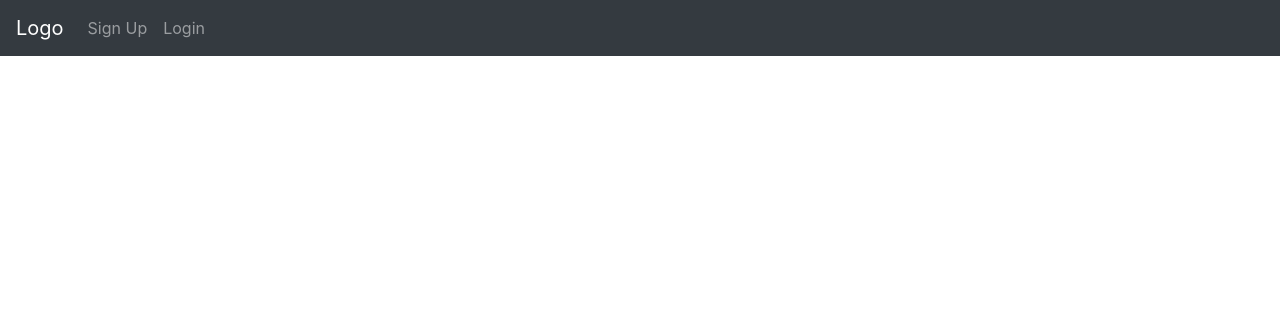
Repository: jagasia/sep-07
Page: http://localhost/sep-07-04/home.jsp
These files come from the project's save history. The page is drawn as it stood at one moment and after the next save; the edit follows.
The browser window is 1280 px wide. The pictures show the whole page.
The page is served by Tomcat 9.

Above is the page before, as saved 2022-09-07 10:09:59.

After the next save:
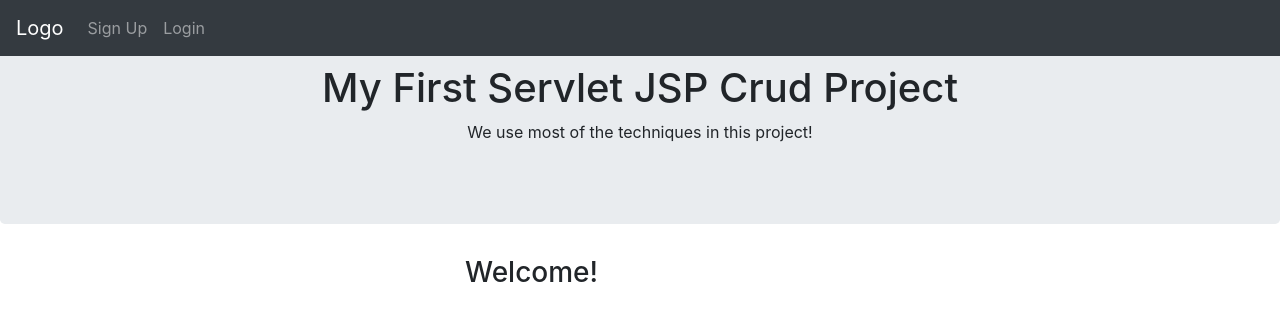
Saved 24 s later.
--- a/sep-07-04/WebContent/home.jsp
+++ b/sep-07-04/WebContent/home.jsp
@@ -12,6 +12,35 @@
 </head>
 <body>
 <jsp:include page="menu.jsp"></jsp:include>
+<div class="jumbotron text-center">
+  <h1>My First Servlet JSP Crud Project</h1>
+  <p>We use most of the techniques in this project!</p>
+</div>
+
+<div class="container">
+  <div class="row">
+    <div class="col-sm-4">
+      <h3></h3>
+
+    </div>
+    <div class="col-sm-4">
+      <h3>Welcome!</h3>
+
+    </div>
+    <div class="col-sm-4">
+      <h3></h3>
+
+    </div>
+  </div>
+</div>
+
+<br/>
+<br/>
+<br/>
+<br/>
+<br/>
+<br/>
+
 
 </body>
 </html>
